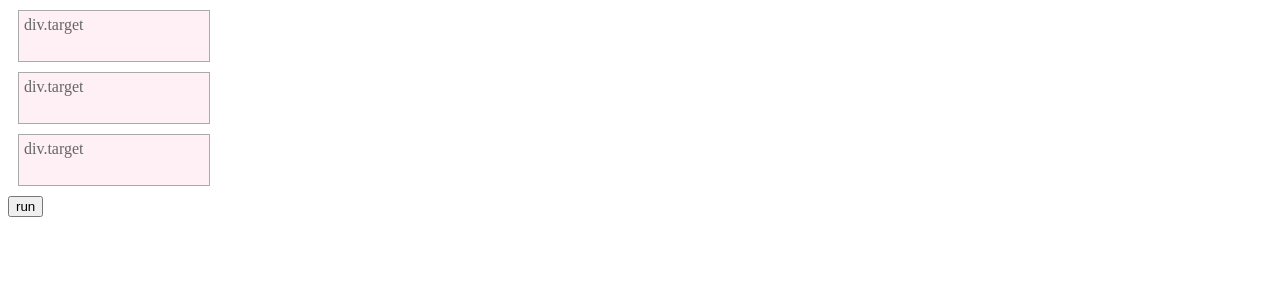
Repository: silenttemplar/java_start_project
Page: hansung_ee_2014/hansung_jquery_exercise/WebContent/select_change_background.html
The author's editor kept a copy of each file at every save. The page is drawn from the files as they stood at one save, then again after the next save.
The browser window is 1280 px wide. The pictures show the whole page.

Above is the page before, as saved 2014-08-27 06:09:30.

After the next save:
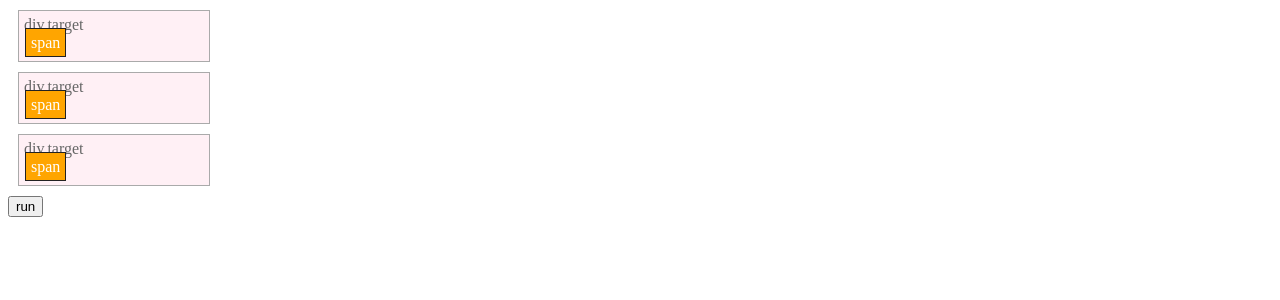
Saved 42 s later.
--- a/hansung_ee_2014/hansung_jquery_exercise/WebContent/select_change_background.html
+++ b/hansung_ee_2014/hansung_jquery_exercise/WebContent/select_change_background.html
@@ -22,8 +22,7 @@
 		  border: 1px solid rgb(170, 170, 170);
 		   background-color: rgb(255, 240, 245);
 		    margin: 10px; padding: 5px;">div.target<br>
-		<span style="display: none;
-			 color: rgb(255, 255, 255);
+		<span style="color: rgb(255, 255, 255);
 			  background-color: rgb(255, 165, 0);
 			   margin: 1px;border: 1px solid rgb(34, 34, 34);
 			     padding: 5px;">span</span>
@@ -33,8 +32,7 @@
 		  border: 1px solid rgb(170, 170, 170);
 		   background-color: rgb(255, 240, 245);
 		    margin: 10px; padding: 5px;">div.target<br>
-		<span style="display: none;
-			 color: rgb(255, 255, 255);
+		<span style="color: rgb(255, 255, 255);
 			  background-color: rgb(255, 165, 0);
 			   margin: 1px;border: 1px solid rgb(34, 34, 34);
 			     padding: 5px;">span</span>
@@ -44,8 +42,7 @@
 		  border: 1px solid rgb(170, 170, 170);
 		   background-color: rgb(255, 240, 245);
 		    margin: 10px; padding: 5px;">div.target<br>
-		<span style="display: none;
-			 color: rgb(255, 255, 255);
+		<span style="color: rgb(255, 255, 255);
 			  background-color: rgb(255, 165, 0);
 			   margin: 1px;border: 1px solid rgb(34, 34, 34);
 			     padding: 5px;">span</span>
